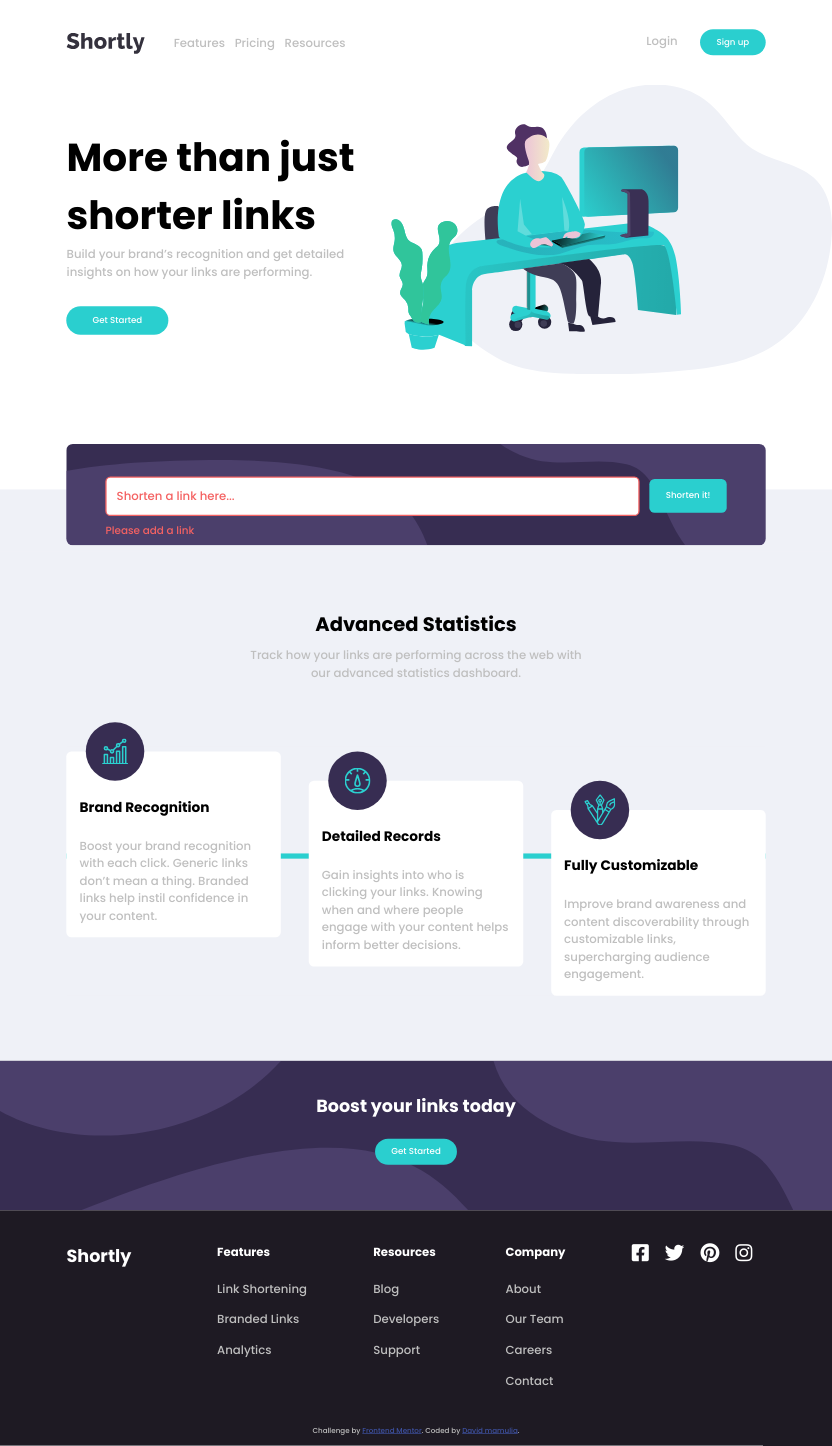
Repository: mamulini/URL-shortener
Page: index.html
An editor plug-in stored every save of this project. The page is shown before and after the next save, followed by the edit.
The browser window is 1280 px wide. The pictures show the whole page, at 65% of full size.
Some web libraries are served in a nearby version. The style sheet was rebuilt from its Sass, Less or Tailwind sources for each picture, by a compiler version that may differ from the author's.

Above is the page before, as saved 2020-04-17 15:44:41.

After the next save:
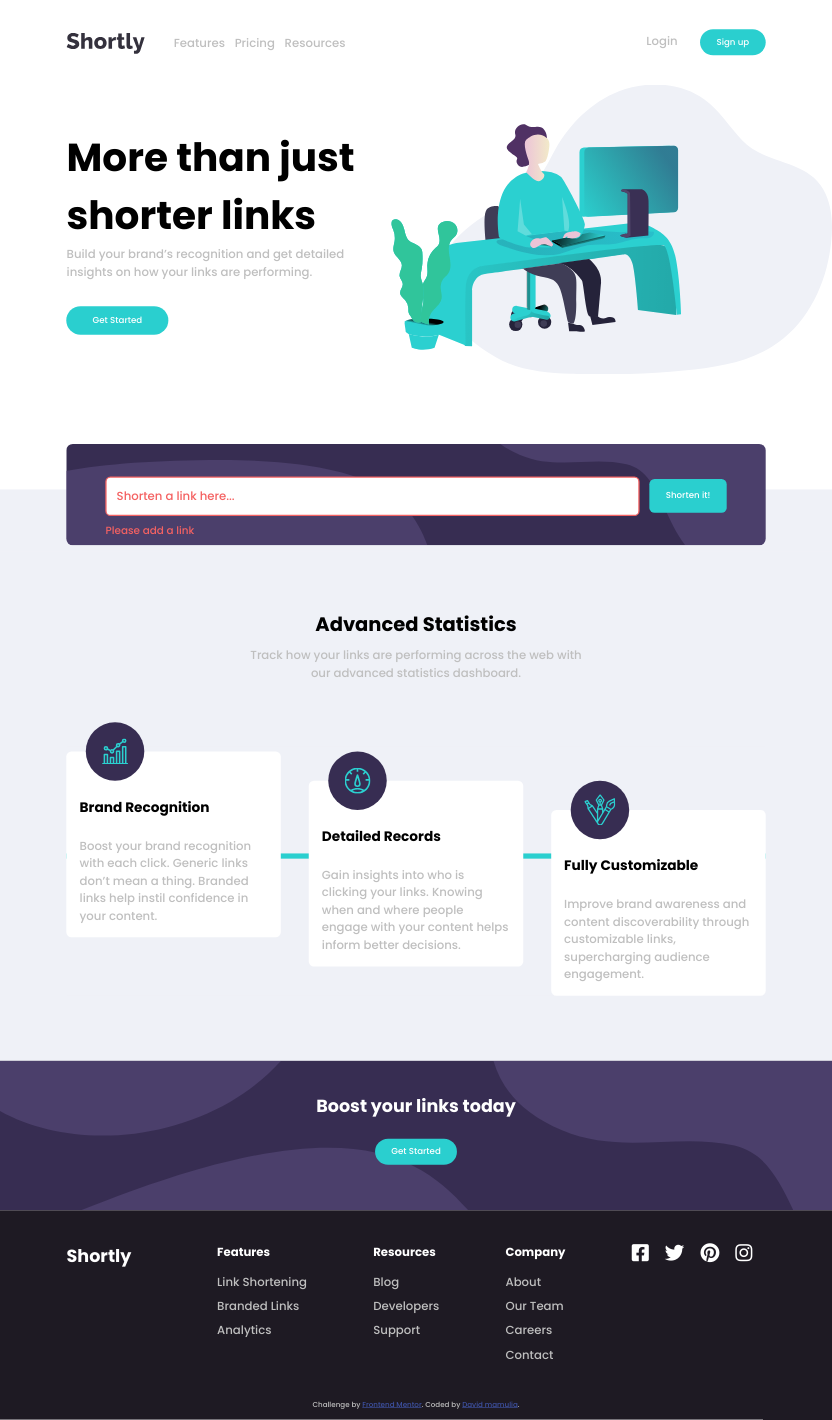
Saved 22 h 6 min later.
--- a/sass/main.scss
+++ b/sass/main.scss
@@ -336,7 +336,7 @@ img {
     }
 
     &__nav-li {
-        padding-top: 20px;
+        padding-top: 10px;
     }
 
     &__nav-title{
